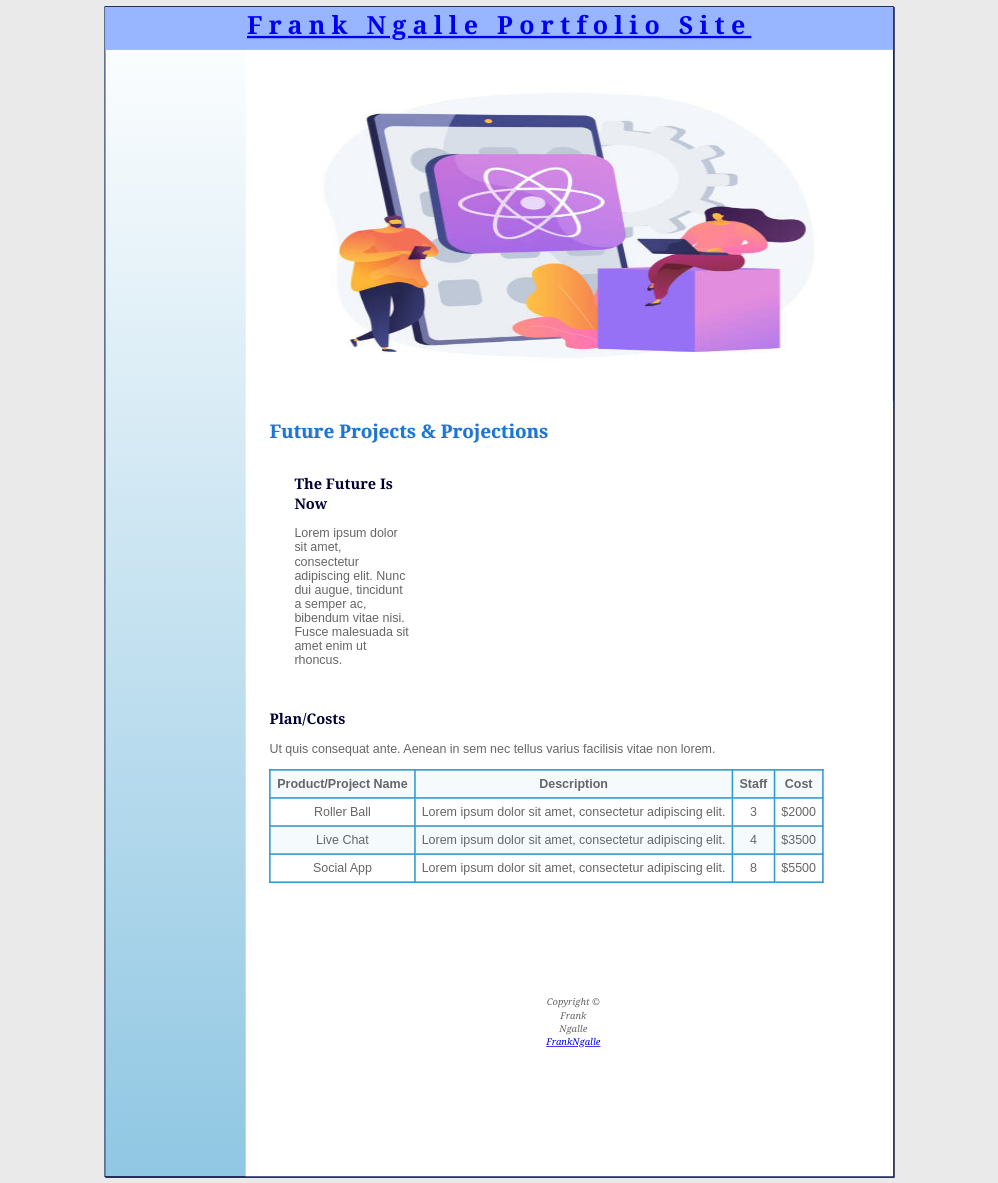
Repository: FNTech126/fntech126.github.io
Page: futureprojects.html
The author's editor kept a copy of each file at every save. The page is drawn from the files as they stood at one save, then again after the next save.
The browser window is 1280 px wide. The pictures show the whole page, at 78% of full size.

Above is the page before, as saved 2022-10-16 16:20:33.

After the next save:
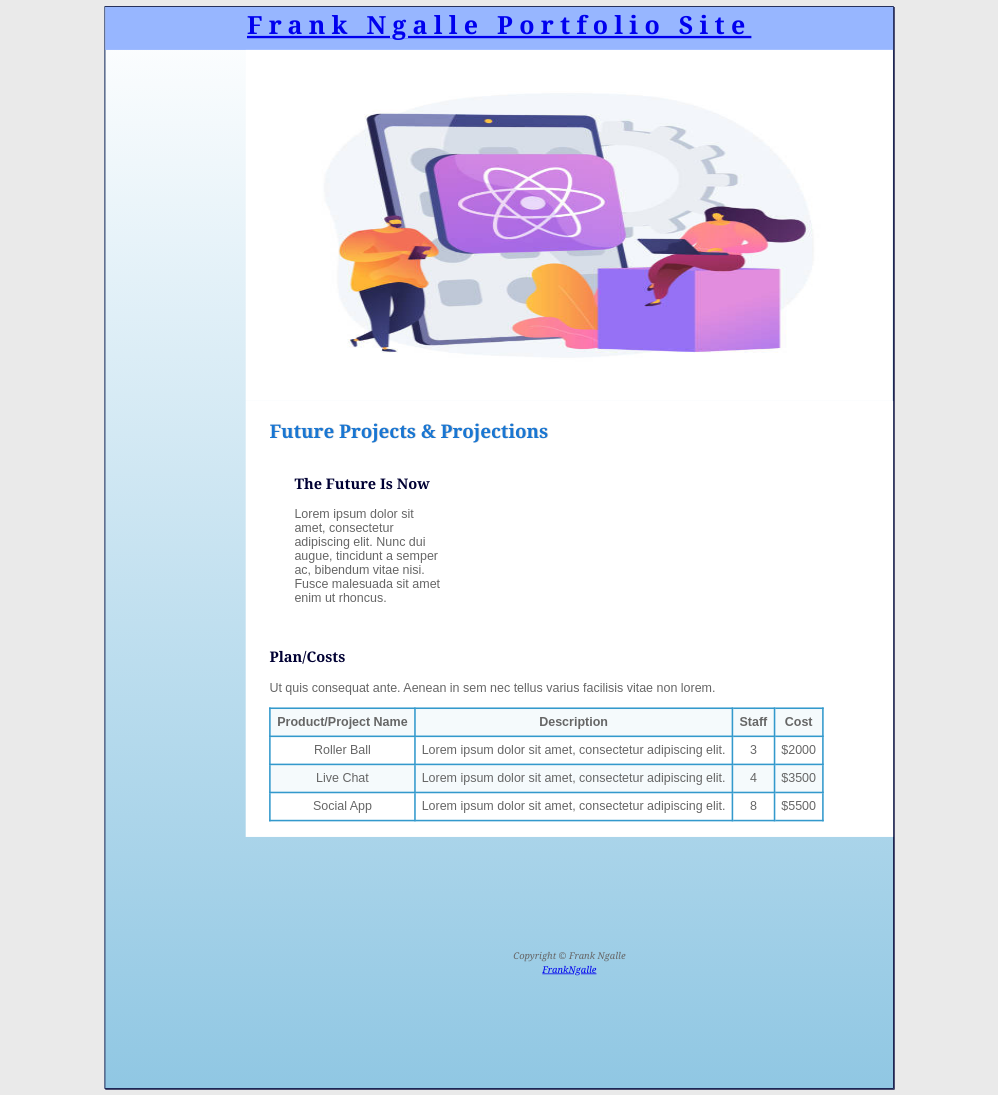
Saved 109 s later.
--- a/futureprojects.html
+++ b/futureprojects.html
@@ -53,7 +53,7 @@
     </table>
 
 </div>
-<!-- main close goes here-->
+</main>
 <footer>
     Copyright © Frank Ngalle<br>
     <a href="mailto:FrankNgalle@Ngalle.com">FrankNgalle</a>
